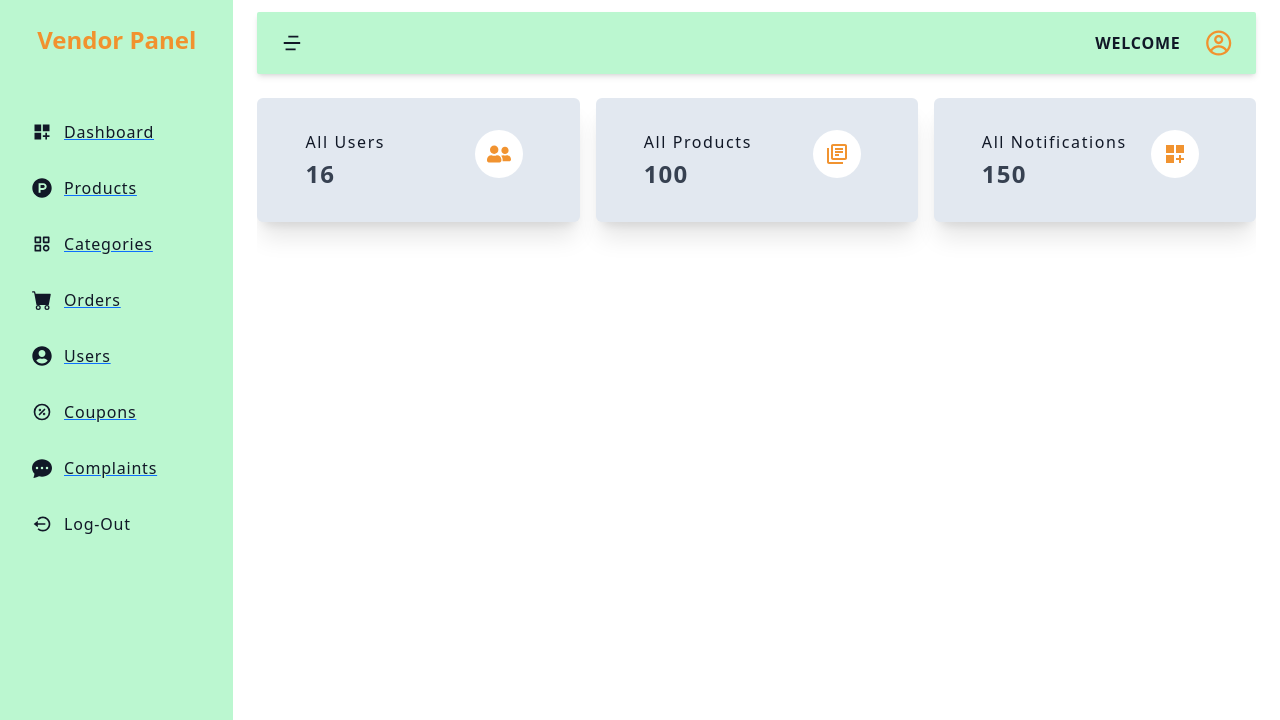
Repository: FlyweisReact/JitenderAdminPanel
Page: /dashboard
The author's editor kept a copy of each file at every save. The page is drawn from the files as they stood at one save, then again after the next save.
The browser window is 1280 px wide. The pictures show the whole page.
The project was rebuilt for these pictures with package versions that can differ from the ones it lists, and the page was loaded fresh each time. Also part of the build but not shown: src/components/forms/Login.jsx, src/components/vendorPanel/components/layout/Navbar.jsx, src/components/vendorPanel/components/layout/Sidebar.jsx, src/components/vendorPanel/components/layout/HOC.jsx, src/components/vendorPanel/components/pages/Message/Message.js, src/Component/Spinner.js, src/components/pages/UserKundli/UserKundli.jsx, src/components/pages/discount/Discount.jsx and 27 more.

Above is the page before, as saved 2022-11-08 13:59:09.

### public/index.html
<!-- @format -->

<!DOCTYPE html>
<html lang="en">
  <head>
    <meta charset="utf-8" />
    <!-- <link rel="icon" href="%PUBLIC_URL%/favicon.png" /> -->
    <meta name="viewport" content="width=device-width, initial-scale=1" />
    <meta name="theme-color" content="#000000" />
    <meta
      name="description"
      content="Web site created using create-react-app"
    />
    <link rel="apple-touch-icon" href="%PUBLIC_URL%/favicon.ico?v=2" />

    <link rel="manifest" href="%PUBLIC_URL%/manifest.json" />

    <title>Astrologers Panel</title>
  </head>
  <body>
    <noscript>You need to enable JavaScript to run this app.</noscript>
    <div id="root"></div>
    <script src="https://code.jquery.com/jquery-3.6.0.min.js"></script>
  </body>
</html>

### src/index.js
import React from "react";
import ReactDOM from "react-dom/client";
import "./index.css";
import App from "./App";
import { BrowserRouter } from "react-router-dom";
import 'bootstrap/dist/css/bootstrap.min.css'

const root = ReactDOM.createRoot(document.getElementById("root"));
root.render(
  <React.StrictMode>
    <BrowserRouter>
      <App />
    </BrowserRouter>
  </React.StrictMode>
);

### src/index.css
/** @format */

@tailwind base;
@tailwind components;
@tailwind utilities;

body {
  margin: 0;
  font-family: -apple-system, BlinkMacSystemFont, "Segoe UI", "Roboto", "Oxygen",
    "Ubuntu", "Cantarell", "Fira Sans", "Droid Sans", "Helvetica Neue",
    sans-serif;
  -webkit-font-smoothing: antialiased;
  -moz-osx-font-smoothing: grayscale;
}

code {
  font-family: source-code-pro, Menlo, Monaco, Consolas, "Courier New",
    monospace;
}

/* Wcomponents */
.wcomp::-webkit-scrollbar {
  width: 0px;
}
::-webkit-scrollbar {
  width: 0px;
}
::-webkit-scrollbar-track {
  background: #696f78;
}
/* Handle */
::-webkit-scrollbar-thumb {
  background: #b4b8bf;
}

.main-card--container {
  display: grid;
  grid-template-columns: repeat(3, minmax(300px, 500px));
  grid-gap: 50px;
  justify-content: space-around;
}
.card-container {
  margin: 25px 0 auto;

  position: relative;
  display: grid;
  grid-template-columns: 1fr;
  justify-content: space-around;
  align-items: flex-start;
}

.img-thumbnail {
  width: 80px;
}
.img-large {
  max-width: 80%;
}

.formInput {
  padding: 5px;
}

### src/App.js
/** @format */

import { Routes, Route, Link } from "react-router-dom";
import Login from "./components/forms/Login";
import Dashboard from "./components/pages/Dashboard";
import { ToastContainer } from "react-toastify";
import MSG from "./components/vendorPanel/components/pages/Message/Message";
import "react-toastify/dist/ReactToastify.css";
import UserKundli from "./components/pages/UserKundli/UserKundli";
import Discount from "./components/pages/discount/Discount";
import Chat from "./components/pages/reactChat/Chat";
import Horoscope from "./components/pages/horoScope/Horoscope";
import Specification from "./components/pages/SpecificationPage/Specification";
import VendorLogin from "./components/vendorPanel/components/forms/VendorLogin";
import VendorDashboard from "./components/vendorPanel/components/pages/VendorDashboard";
import Fedd from "./components/pages/FeedBack/Fedd";
import Astrologers from "./components/vendorPanel/components/pages/Astrologer/Astrologers";
import Users from "./components/vendorPanel/components/pages/Users/Users";
import Kundli from "./components/vendorPanel/components/pages/Kundli/Kundli";
import AdminHoro from "./components/vendorPanel/components/pages/Horoscope/Horoscope";
import Forgot from "./components/vendorPanel/components/forms/Forgot";
import ResetPassword from "./components/vendorPanel/components/forms/ResetPassword";
import Changepassword from "./components/vendorPanel/components/forms/Changepassword";
import TimeSlots from "./components/pages/TimeSlots/TimeSlots";
import Documents from "./components/pages/Documents/Documents";
import Banner from "./components/pages/Banner/Banner";
import Notify from "./components/pages/Notifications/Notify";
import Booking from "./components/vendorPanel/components/pages/Booking/Booking";
import ProductDetail from "./components/pages/FeedBack/ProductDetail";
import Product from "./components/vendorPanel/components/pages/Products/Product";
import ProductDet from "./components/vendorPanel/components/pages/Products/ProductDet";
import Category from "./components/vendorPanel/components/pages/Category/Category";
import Order from "./components/vendorPanel/components/pages/Orders/Order";
import Ban from "./components/vendorPanel/components/pages/Ban/Ban";
import Sub from "./components/vendorPanel/components/pages/SubCategory/Sub";
import Coupon from "./components/vendorPanel/components/pages/Coupon/Coupon";
import Complaint from "./components/vendorPanel/components/pages/Complaint/Complaint";

function App() {
  return (
    <>
      <ToastContainer />

      <Routes>
        <Route path="/" element={<Login />} />
        <Route path="/dashboard" element={<Dashboard />} />
        <Route path="/userkundli" element={<UserKundli />} />
        <Route path="/discount" element={<Discount />} />
        <Route path="/horoscope" element={<Horoscope />} />
        <Route path="/specification" element={<Specification />} />
        <Route path="/chat" element={<Chat />} />
        <Route path="feedback" element={<Fedd />} />
        {/* <Route path="/time" element={<TimeSlots />} /> */}
        <Route path="/document" element={<Documents />} />
        {/* <Route path="/ban" element={<Banner />} /> */}
        <Route path="/not" element={<Notify />} />
        <Route path="/viewProduct" element={<ProductDetail />} />
        {/* Admin Panel */}
        <Route path="/vendorLogin" element={<VendorLogin />} />
        <Route path="/category" element={<Category />} />
        <Route path="/dis" element={<Coupon />} />
        <Route path="/complaint" element={<Complaint />} />
        <Route path="/subCategory" element={<Sub />} />
        <Route path="/order" element={<Order />} />
        <Route path="/product" element={<Product />} />
        <Route path="/ban" element={<Ban />} />
        <Route path="/proDet/:id" element={<ProductDet />} />
        <Route path="/otp" element={<Forgot />} />
        <Route path="/book" element={<Booking />} />
        <Route path="/msg" element={<MSG />} />
        <Route path="/resetPass" element={<ResetPassword />} />
        <Route path="/resetPassword" element={<Changepassword />} />
        <Route path="/vendorDashboard" element={<VendorDashboard />} />
        <Route path="/astro" element={<Astrologers />} />
        <Route path="/users" element={<Users />} />
        <Route path="/kundli" element={<Kundli />} />
        <Route path="/horo" element={<AdminHoro />} />
      </Routes>
    </>
  );
}

export default App;

### src/components/pages/Dashboard.jsx
import React from "react";
import HOC from "../layout/HOC";
import { MdDashboardCustomize, MdOutlineLibraryBooks } from "react-icons/md";
import { FaUserFriends } from "react-icons/fa";

export const dash = (data) => {
  console.log(data, "dsjkfhjkashfjk");
  return data;
};
const Dashboard = () => {
  const card = [
    {
      progress: "bg-blue-400",
      title: "All Users",
      number: "16",
      icon: <FaUserFriends className="text-2xl text-[rgb(241,147,48)]" />,
    },
    {
      progress: "bg-green-400",
      title: "All Products",
      number: "100",
      icon: (
        <MdOutlineLibraryBooks className="text-2xl text-[rgb(241,147,48)]" />
      ),
    },
    {
      progress: "bg-yellow-400",
      title: "All Notifications",
      number: "150",
      icon: (
        <MdDashboardCustomize className="text-2xl text-[rgb(241,147,48)]" />
      ),
    },
  ];
  return (
    <>
      <section className="grid md:grid-cols-3 grid-cols-2 gap-y-6 gap-x-4">
        {/* Card */}
        {card.map((card) => {
          return (
            <div className="px-5 py-8 bg-slate-200 hover:bg-green-200 space-y-2 shadow-xl flex flex-col  rounded-md">
              <div className="grid  justify-between grid-cols-4">
                <div className="flex flex-col col-span-3 space-y-1">
                  <span className="tracking-widest text-gray-900">
                    {card.title}
                  </span>
                  <span className="tracking-wider text-gray-700 text-xl md:text-2xl font-semibold">
                    {card.number}
                  </span>
                </div>
                {/* Icons */}
                <div className="flex rounded-full w-10 h-10 sm:w-12 sm:h-12 bg-white justify-center items-center">
                  {card.icon}
                </div>
              </div>
            </div>
          );
        })}
      </section>
    </>
  );
};

export default HOC(Dashboard);

### src/components/layout/HOC.jsx
import React, { useState } from "react";
import Navbar from "./Navbar";
import Sidebar from "./Sidebar";

const HOC = (Wcomponenet) => {
  return function Component() {
    const [hamb, setHamb] = useState(false);
    return (
      <>
        <section className="flex overflow-x-hidden">
          {/* Sidebar */}
          <div
            className={
              hamb
                ? " absolute top-0 z-30 md:w-auto shadow-md bg-slate-200  w-60 transition-all md:-left-full left duration-150  h-screen  left-0 "
                : " md:w-72 z-30 bg-green-200  shadow-md  md:static absolute top-0 -left-full  h-screen transition-all duration-150 "
            }
          >
            <Sidebar hamb={hamb} setHamb={setHamb} />
          </div>
          {/* Components & Navbar */}
          <div
            className={
              hamb
                ? " transition-all px-4 py-2  bg-white duration-150 w-full h-screen"
                : " w-full h-screen  px-4 py-2  bg-white z-50 transition-all duration-150 "
            }
          >
            <Navbar hamb={hamb} setHamb={setHamb} />
            <div className="my-6 text-white h-[87%] wcomp overflow-y-auto">
              <Wcomponenet />
            </div>
          </div>
        </section>
      </>
    );
  };
};

export default HOC;

### src/components/layout/Navbar.jsx
import { RiMenu4Line } from "react-icons/ri";
import { useNavigate } from "react-router-dom";
import { toast } from "react-toastify";
import { CgProfile } from "react-icons/cg";
import { IoMdClose, IoMdNotifications } from "react-icons/io";
import { useState } from "react";
import Button from "react-bootstrap/Button";
import Modal from "react-bootstrap/Modal";
import Container from "react-bootstrap/Container";
import Form from "react-bootstrap/Form";


function MyVerticallyCenteredModal(props) {
  return (
    <Modal
      {...props}
      size="lg"
      aria-labelledby="contained-modal-title-vcenter"
      centered
    >
      <Modal.Header closeButton>
        <Modal.Title id="contained-modal-title-vcenter">
          Edit Profile
        </Modal.Title>
      </Modal.Header>
      <Modal.Body>
        <Container style={{ width: "600px" }}>
          <Form>
            <Form.Group className="mb-3" controlId="formBasicEmail">
              <Form.Label>Name</Form.Label>
              <Form.Control type="text" placeholder="Admin" />
            </Form.Group>
            <Form.Group className="mb-3" controlId="formBasicPassword">
              <Form.Label>Email Address</Form.Label>
              <Form.Control type="email" placeholder="vendor@gmail.com" />
            </Form.Group>
            <Form.Group className="mb-3" controlId="formBasicPassword">
              <Form.Label>Password</Form.Label>
              <Form.Control type="password" placeholder="Password" />
            </Form.Group>
            <Form.Group className="mb-3" controlId="formBasicPassword">
              <Form.Label>Profile Image</Form.Label>
              <Form.Control type="file"/>
            </Form.Group>
            <Button variant="outline-success" type="submit">
              Edit
            </Button>
          </Form>
        </Container>
      </Modal.Body>

    </Modal>
  );
}



const Navbar = ({ hamb, setHamb }) => {
  const [modalShow, setModalShow] = useState(false);



  return (
    <>

      <MyVerticallyCenteredModal
        show={modalShow}
        onHide={() => setModalShow(false)}
      />

      <div
        className={
          hamb
            ? "flex  w-full justify-between  my-1 rounded-sm  p-4 py-3 shadow-md items-center  bg-green-200 space-x-4"
            : "flex  w-full justify-between my-1 rounded-sm  p-4 py-3 shadow-md items-center  bg-green-200 space-x-4"
        }
      >
        <RiMenu4Line
          onClick={() => setHamb(!hamb)}
          className="text-2xl font-bold text-gray-900 hover:scale-90 cursor-pointer"
        />

        {/* Profile */}
        <section className="flex sm:ml-auto justify-end sm:w-full items-center space-x-2  pr-2">
          <span className="cursor-pointer text-2xl">
            {/* <IoMdNotifications /> */}
          </span>
          <figcaption className="tracking-wider pl-1 font-semibold">
            {" "}
            <div className="lg:text-base text-sm text-gray-900  uppercase">
              Welcome
            </div>
          </figcaption>
        </section>
        <CgProfile
          onClick={() => setModalShow(true)}
          className="text-2xl sm:text-3xl font-bold text-[rgb(241,146,46)] cursor-pointer"
        />

      </div>
    </>
  );
};

export default Navbar;

### src/components/layout/Sidebar.jsx
/** @format */

import React from "react";
import { RiCloseLine } from "react-icons/ri";
import { Link, useNavigate } from "react-router-dom";
import { BsFillChatDotsFill } from "react-icons/bs";
import { MdOutlineHighQuality  ,MdCircleNotifications} from "react-icons/md";
import { BiTable } from "react-icons/bi";
import { BiLogOutCircle , BiCategory } from "react-icons/bi";
import { TbDiscount } from "react-icons/tb";
import { FaProductHunt  ,FaUserCircle } from "react-icons/fa";
import {IoIosTime ,IoMdImages} from 'react-icons/io'
import {GrDocumentPdf} from 'react-icons/gr'
import {BsFillCartFill} from 'react-icons/bs'

import { MdDashboardCustomize } from "react-icons/md";
import { toast } from "react-toastify";

const Sidebar = ({ hamb, setHamb }) => {
  const navigate = useNavigate();

  const nav = [
    {
      icon: <MdDashboardCustomize className="text-xl mr-3" />,
      link: "/dashboard",
      name: "Dashboard",
    },
    {
      icon: <FaProductHunt className="text-xl mr-3" />,
      link: "/feedback",
      name: "Products",
    },
    {
      icon: <BiCategory className="text-xl mr-3" />,
      link: "/userkundli",
      name: "Categories",
    },
    {
      icon: <BsFillCartFill className="text-xl mr-3" />,
      link: "/time",
      name: "Orders",
    },
    {
      icon: <FaUserCircle className="text-xl mr-3" />,
      link: "/document",
      name: "Users",
    },
    {
      icon: <TbDiscount className="text-xl mr-3" />,
      link: "/discount",
      name: "Coupons",
    },
    {
      icon: <BsFillChatDotsFill className="text-xl mr-3" />,
      link: "/chat",
      name: "Complaints",
    },
  ];

  const logOut = () => {
    navigate("/");
    toast.success("Log -Out Successfull");
  };
  return (
    <>
      <aside className="p-4 bg-green-200">
        {/* Top */}
        <div className="w-full md:hidden relative  p-2 mb-4">
          <RiCloseLine
            onClick={() => setHamb(!hamb)}
            className="text-3xl  absolute top-2 sm:hover:rotate-[228deg] transition-transform font-bold right-2 sm:hover:text-[22px] text-[rgb(241,146,46)] cursor-pointer"
          />
        </div>
        {/* Logo */}
        <figure className="flex  flex-col items-center">
          <span className="font-bold text-[rgb(241,146,46)] text-2xl">
            Vendor Panel
            {/* <img src={image} className="h-24" /> */}
          </span>
        </figure>
        {/* Nav-menu */}
        <nav className="py-6">
          {nav.map((nav) => {
            return (
              <Link to={nav.link} key={nav.name} className="">
                <span className="flex my-3 items-center cursor-pointer text-gray-900    tracking-wider p-2 rounded-sm">
                  {nav.icon} {nav.name}
                </span>
              </Link>
            );
          })}
          <span
            className="flex my-3 items-center cursor-pointer text-gray-900    tracking-wider p-2 rounded-sm"
            onClick={() => logOut()}
          >
            <BiLogOutCircle className="text-xl mr-3" /> Log-Out
          </span>
        </nav>
      </aside>
    </>
  );
};

export default Sidebar;

Loaded but not shown: tailwind.config.js (common file)

After the next save:
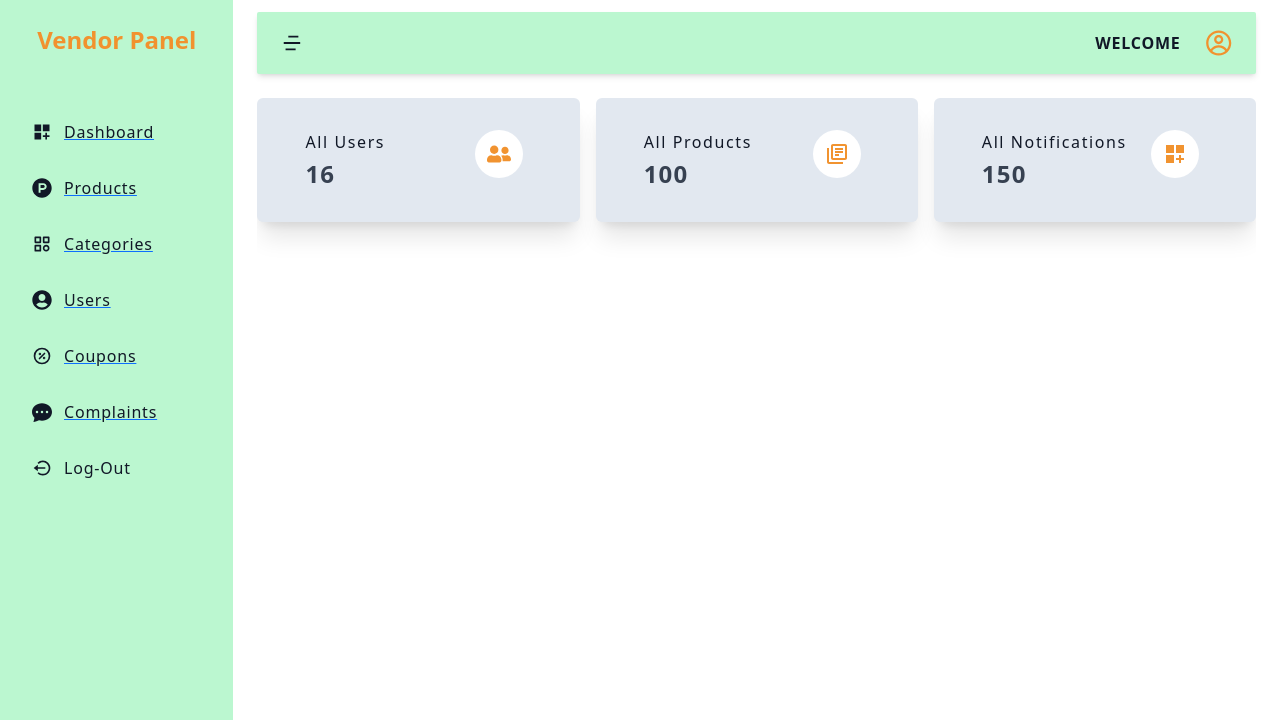
Saved 11 s later.
--- a/src/components/layout/Sidebar.jsx
+++ b/src/components/layout/Sidebar.jsx
@@ -35,11 +35,11 @@ const Sidebar = ({ hamb, setHamb }) => {
       link: "/userkundli",
       name: "Categories",
     },
-    {
-      icon: <BsFillCartFill className="text-xl mr-3" />,
-      link: "/time",
-      name: "Orders",
-    },
+    // {
+    //   icon: <BsFillCartFill className="text-xl mr-3" />,
+    //   link: "/time",
+    //   name: "Orders",
+    // },
     {
       icon: <FaUserCircle className="text-xl mr-3" />,
       link: "/document",
